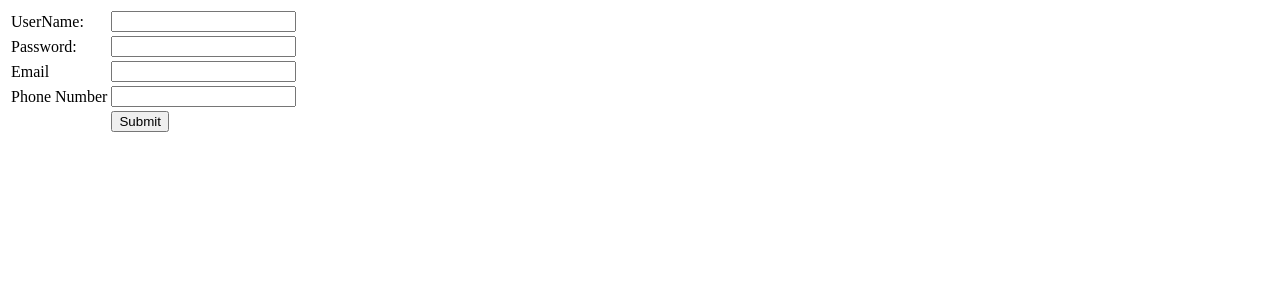
Repository: lokeshsingapuram/springmvc
Page: http://localhost/01-springmvc-forms/views/register.jsp
The author's editor kept a copy of each file at every save. The page is drawn from the files as they stood at one save, then again after the next save.
The browser window is 1280 px wide. The pictures show the whole page.
The page is served by Tomcat 9.

Above is the page before, as saved 2020-06-18 11:10:31.

After the next save:
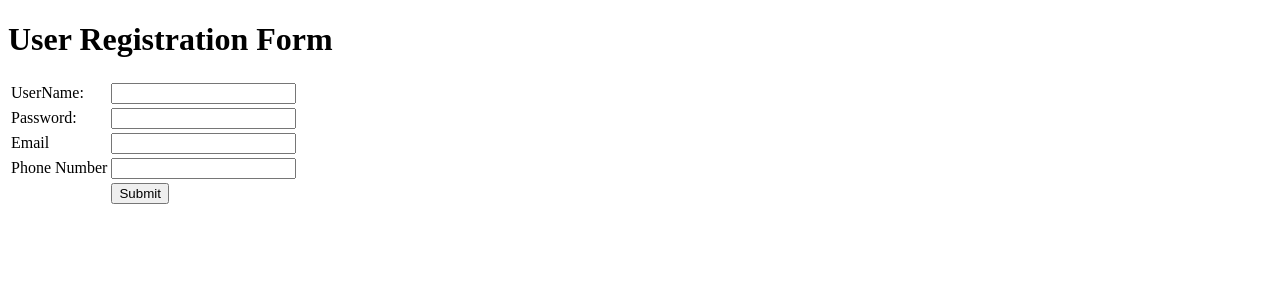
Saved 6 min 43 s later.
--- a/01-springmvc-forms/src/main/webapp/views/register.jsp
+++ b/01-springmvc-forms/src/main/webapp/views/register.jsp
@@ -7,6 +7,7 @@
 <title>Insert title here</title>
 </head>
 <body>
+<h1>User Registration Form</h1>
 <form action="register" method="post">
 
 <table>
